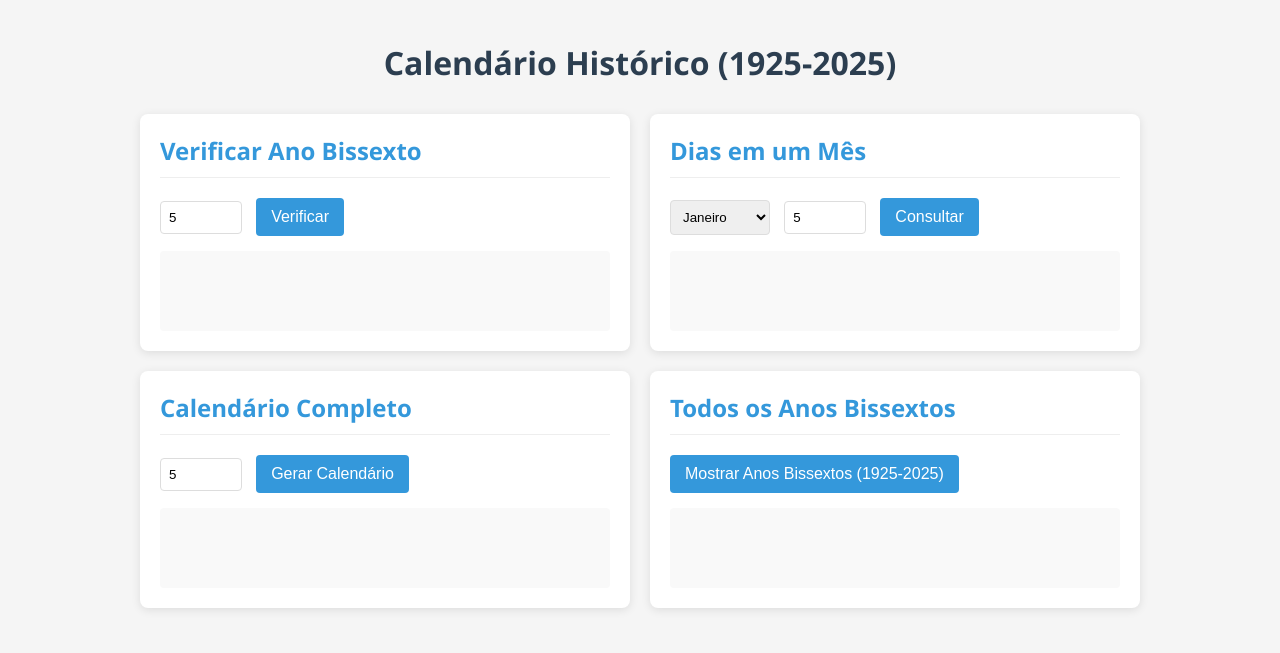
Repository: gimoli/aula-1-part2
Page: Exercicio-calendario/index.html
These files come from the project's save history. The page is drawn as it stood at one moment and after the next save; the edit follows.
The browser window is 1280 px wide. The pictures show the whole page.
Empty fields were first filled with sample values (such as "Sample", 5 or name@example.com).
After loading, the first visible `button` was clicked once.

Above is the page before, as saved 2025-05-14 09:23:47.
Console error: SyntaxError: Unexpected token '{'

### Exercicio-calendario/index.html
<!DOCTYPE html>
<html lang="pt-BR">
<head>
    <meta charset="UTF-8">
    <meta name="viewport" content="width=device-width, initial-scale=1.0">
    <title>Calendário 1925-2025</title>
    <style>
        body {
            font-family: 'Segoe UI', Tahoma, Geneva, Verdana, sans-serif;
            max-width: 1000px;
            margin: 0 auto;
            padding: 20px;
            background-color: #f5f5f5;
            color: #333;
        }
        h1 {
            color: #2c3e50;
            text-align: center;
            margin-bottom: 30px;
        }
        .container {
            display: flex;
            flex-wrap: wrap;
            gap: 20px;
            justify-content: center;
        }
        .panel {
            background-color: white;
            border-radius: 8px;
            box-shadow: 0 2px 10px rgba(0,0,0,0.1);
            padding: 20px;
            flex: 1;
            min-width: 300px;
        }
        .panel h2 {
            color: #3498db;
            margin-top: 0;
            border-bottom: 1px solid #eee;
            padding-bottom: 10px;
        }
        button {
            background-color: #3498db;
            color: white;
            border: none;
            padding: 10px 15px;
            border-radius: 4px;
            cursor: pointer;
            font-size: 16px;
            transition: background-color 0.3s;
        }
        button:hover {
            background-color: #2980b9;
        }
        input, select {
            padding: 8px;
            border: 1px solid #ddd;
            border-radius: 4px;
            margin-right: 10px;
        }
        .result {
            margin-top: 15px;
            padding: 15px;
            background-color: #f9f9f9;
            border-radius: 4px;
            min-height: 50px;
        }
        .month-grid {
            display: grid;
            grid-template-columns: repeat(4, 1fr);
            gap: 10px;
            margin-top: 15px;
        }
        .month-item {
            padding: 8px;
            background-color: #f0f8ff;
            border-radius: 4px;
            font-size: 14px;
        }
        .leap-year {
            color: #e74c3c;
            font-weight: bold;
        }
        .leap-list {
            columns: 3;
            column-gap: 20px;
        }
        @media (max-width: 768px) {
            .month-grid {
                grid-template-columns: repeat(2, 1fr);
            }
            .leap-list {
                columns: 2;
            }
        }
    </style>
</head>
<body>
    <h1>Calendário Histórico (1925-2025)</h1>

    <div class="container">
        <!-- Painel 1: Verificar ano bissexto -->
        <div class="panel">
            <h2>Verificar Ano Bissexto</h2>
            <div>
                <input type="number" id="leapYearInput" min="1925" max="2025" placeholder="Digite um ano">
                <button onclick="checkLeapYear()">Verificar</button>
            </div>
            <div id="leapYearResult" class="result"></div>
        </div>

        <!-- Painel 2: Dias em um mês -->
        <div class="panel">
            <h2>Dias em um Mês</h2>
            <div>
                <select id="monthSelect">
                    <option value="1">Janeiro</option>
                    <option value="2">Fevereiro</option>
                    <option value="3">Março</option>
                    <option value="4">Abril</option>
                    <option value="5">Maio</option>
                    <option value="6">Junho</option>
                    <option value="7">Julho</option>
                    <option value="8">Agosto</option>
                    <option value="9">Setembro</option>
                    <option value="10">Outubro</option>
                    <option value="11">Novembro</option>
                    <option value="12">Dezembro</option>
                </select>
                <input type="number" id="daysYearInput" min="1925" max="2025" placeholder="Ano">
                <button onclick="getDaysInMonth()">Consultar</button>
            </div>
            <div id="daysInMonthResult" class="result"></div>
        </div>

        <!-- Painel 3: Calendário completo -->
        <div class="panel">
            <h2>Calendário Completo</h2>
            <div>
                <input type="number" id="fullYearInput" min="1925" max="2025" placeholder="Digite um ano">
                <button onclick="generateFullCalendar()">Gerar Calendário</button>
            </div>
            <div id="fullCalendarResult" class="result"></div>
        </div>

        <!-- Painel 4: Anos bissextos -->
        <div class="panel">
            <h2>Todos os Anos Bissextos</h2>
            <button onclick="listAllLeapYears()">Mostrar Anos Bissextos (1925-2025)</button>
            <div id="allLeapYearsResult" class="result"></div>
        </div>
    </div>

    <script>
        class Calendario {
            constructor() {
                this.meses = [
                    { nome: 'Janeiro', dias: 31 },
                    { nome: 'Fevereiro', dias: (ano) => this.ehBissexto(ano) ? 29 : 28 },
                    { nome: 'Março', dias: 31 },
                    { nome: 'Abril', dias: 30 },
                    { nome: 'Maio', dias: 31 },
                    { nome: 'Junho', dias: 30 },
                    { nome: 'Julho', dias: 31 },
                    { nome: 'Agosto', dias: 31 },
                    { nome: 'Setembro', dias: 30 },
                    { nome: 'Outubro', dias: 31 },
                    { nome: 'Novembro', dias: 30 },
                    { nome: 'Dezembro', dias: 31 }
                ];
            }

            ehBissexto(ano) {
                return (ano % 4 === 0 && ano % 100 !== 0) || (ano % 400 === 0);
            }

            diasNoMes(mes, ano) {
                if (mes < 1 || mes > 12) return 0;

                const mesInfo = this.meses[mes - 1];
                return typeof mesInfo.dias === 'function' ? mesInfo.dias(ano) : mesInfo.dias;
            }

            gerarCalendarioAno(ano) {
                if (ano < 1925 || ano > 2025) {
                    return { error: 'Ano fora do intervalo permitido (1925-2025)' };
                }

                const calendario = {
                    ano: ano,
                    bissexto: this.ehBissexto(ano),
                    meses: []
                };

                this.meses.forEach((mes, index) => {
                    const dias = this.diasNoMes(index + 1, ano);
                    calendario.meses.push({
                        nome: mes.nome,
                        dias: dias
                    });
                });

                return calendario;
            }

            listarAnosBissextos() {
                const anosBissextos = [];
                for (let ano = 1925; ano <= 2025; ano++) {
                    if (this.ehBissexto(ano)) {
                        anosBissextos.push(ano);
                    }
                }
                return anosBissextos;
            }
        }

        // Instância do calendário
        const calendario = new Calendario();

        // Funções para interação com a interface
        function checkLeapYear() {
            const yearInput = document.getElementById('leapYearInput');
            const resultDiv = document.getElementById('leapYearResult');

            const year = parseInt(yearInput.value);

            if (isNaN(year) {
                resultDiv.innerHTML = '<p>Por favor, digite um ano válido.</p>';
                return;
            }

            if (year < 1925 || year > 2025) {
                resultDiv.innerHTML = `<p>O ano ${year} está fora do intervalo permitido (1925-2025).</p>`;
                return;
            }

            const isLeap = calendario.ehBissexto(year);
            resultDiv.innerHTML = `<p>O ano ${year} <span class="${isLeap ? 'leap-year' : ''}">${isLeap ? 'É' : 'NÃO É'}</span> bissexto.</p>`;
        }

        function getDaysInMonth() {
            const monthSelect = document.getElementById('monthSelect');
            const yearInput = document.getElementById('daysYearInput');
            const resultDiv = document.getElementById('daysInMonthResult');

            const month = parseInt(monthSelect.value);
            const year = parseInt(yearInput.value);

            if (isNaN(year)) {
                resultDiv.innerHTML = '<p>Por favor, digite um ano válido.</p>';
                return;
            }

            if (year < 1925 || year > 2025) {
                resultDiv.innerHTML = `<p>O ano ${year} está fora do intervalo permitido (1925-2025).</p>`;
                return;
            }

            const days = calendario.diasNoMes(month, year);
            const monthName = calendario.meses[month - 1].nome;
            const isFebruary = month === 2;

            let message = `<p>${monthName} de ${year} tem <strong>${days} dias</strong>.</p>`;

            if (isFebruary) {
                message += `<p>Fevereiro tem ${days} dias porque ${year} ${calendario.ehBissexto(year) ? 'é' : 'não é'} bissexto.</p>`;
            }

            resultDiv.innerHTML = message;
        }

        function generateFullCalendar() {
            const yearInput = document.getElementById('fullYearInput');
            const resultDiv = document.getElementById('fullCalendarResult');

            const year = parseInt(yearInput.value);

            if (isNaN(year)) {
                resultDiv.innerHTML = '<p>Por favor, digite um ano válido.</p>';
                return;
            }

            if (year < 1925 || year > 2025) {
                resultDiv.innerHTML = `<p>O ano ${year} está fora do intervalo permitido (1925-2025).</p>`;
                return;
            }

            const calendar = calendario.gerarCalendarioAno(year);

            let html = `<h3>Calendário de ${year} (${calendar.bissexto ? 'Ano Bissexto' : 'Ano Não-Bissexto'})</h3>`;
            html += '<div class="month-grid">';

            calendar.meses.forEach(month => {
                html += `
                    <div class="month-item">
                        <strong>${month.nome}</strong><br>
                        Dias: ${month.days}
                    </div>
                `;
            });

            html += '</div>';
            resultDiv.innerHTML = html;
        }

        function listAllLeapYears() {
            const resultDiv = document.getElementById('allLeapYearsResult');
            const leapYears = calendario.listarAnosBissextos();

            let html = '<h3>Anos Bissextos entre 1925 e 2025:</h3>';
            html += '<div class="leap-list"><ul>';

            leapYears.forEach(year => {
                html += `<li>${year}</li>`;
            });

            html += '</ul></div>';
            html += `<p>Total: ${leapYears.length} anos bissextos no período.</p>`;

            resultDiv.innerHTML = html;
        }
    </script>
</body>
</html>

After the next save:
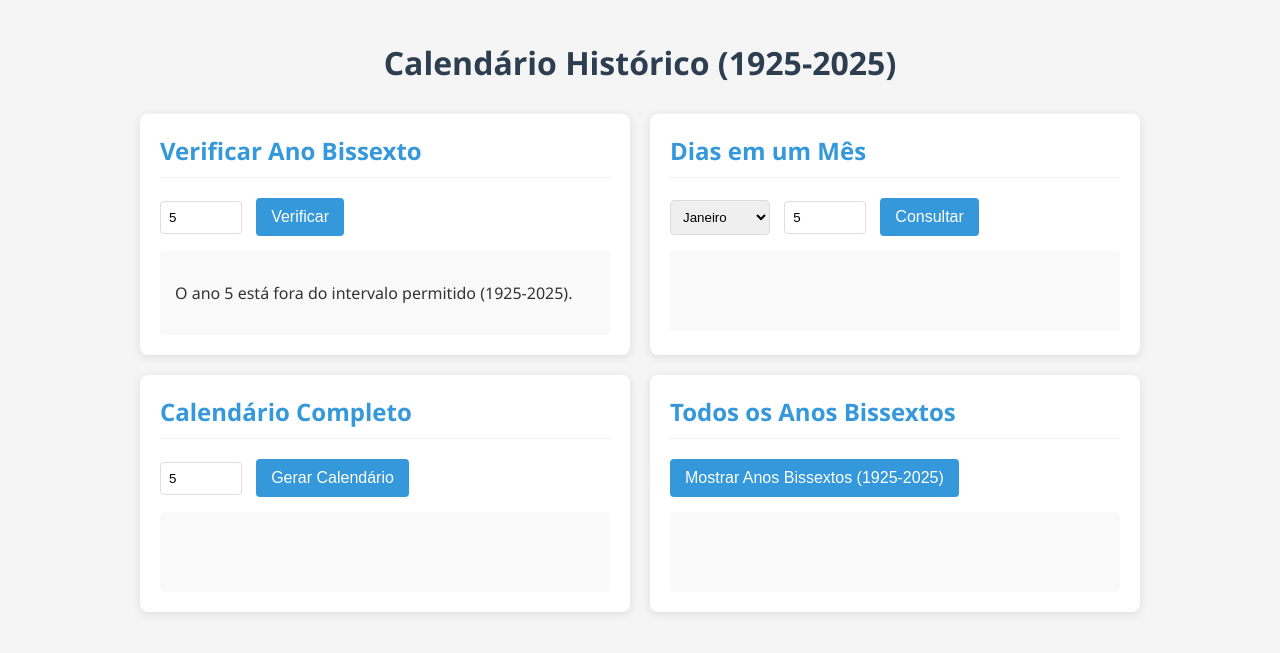
The error is gone.
Saved 2 h 21 min later.
--- a/Exercicio-calendario/index.html
+++ b/Exercicio-calendario/index.html
@@ -223,7 +223,7 @@
 
             const year = parseInt(yearInput.value);
 
-            if (isNaN(year) {
+            if (isNaN(year)) {
                 resultDiv.innerHTML = '<p>Por favor, digite um ano válido.</p>';
                 return;
             }
